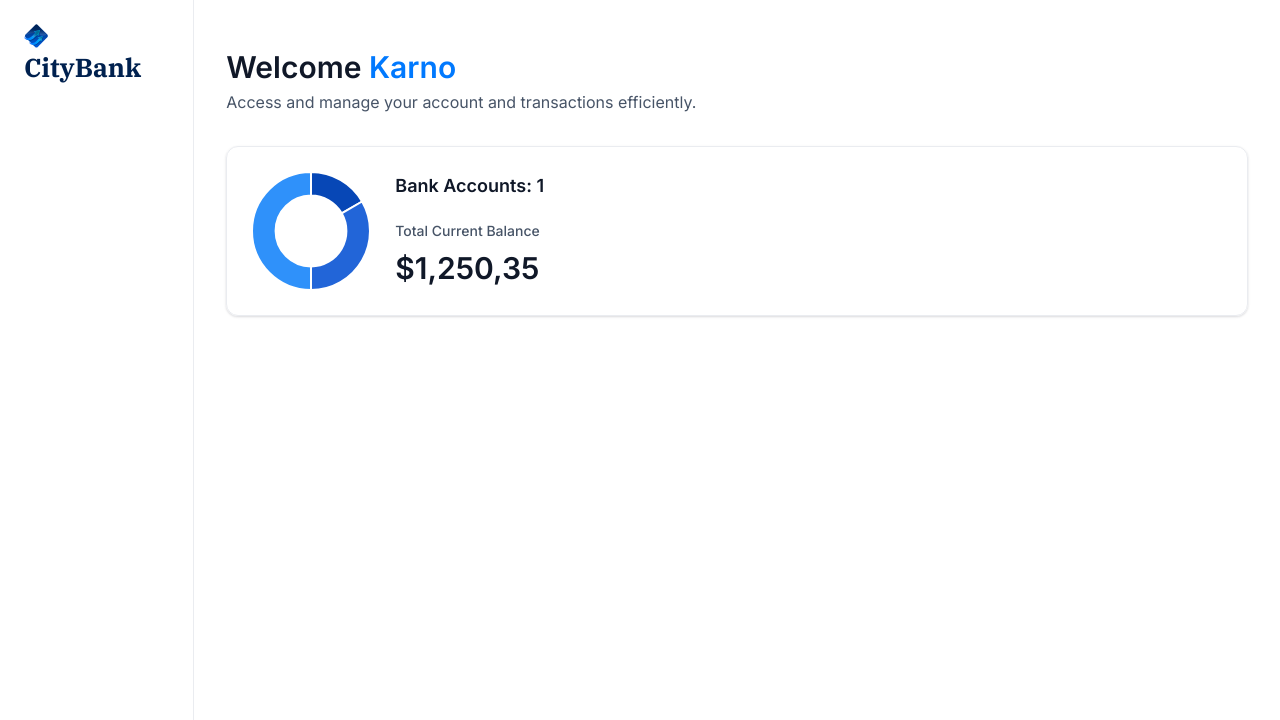
Repository: KarnoSarker/Banking
Page: /
The author's editor kept a copy of each file at every save. The page is drawn from the files as they stood at one save, then again after the next save.
The browser window is 1280 px wide. The pictures show the whole page.
The project was rebuilt for these pictures with package versions that can differ from the ones it lists, and the page was loaded fresh each time. The framework's server and built-in components were replaced by stand-ins that run in the browser. Also part of the build but not shown: next.config.mjs.

Above is the page before, as saved 2024-05-14 20:58:44.

After the next save:
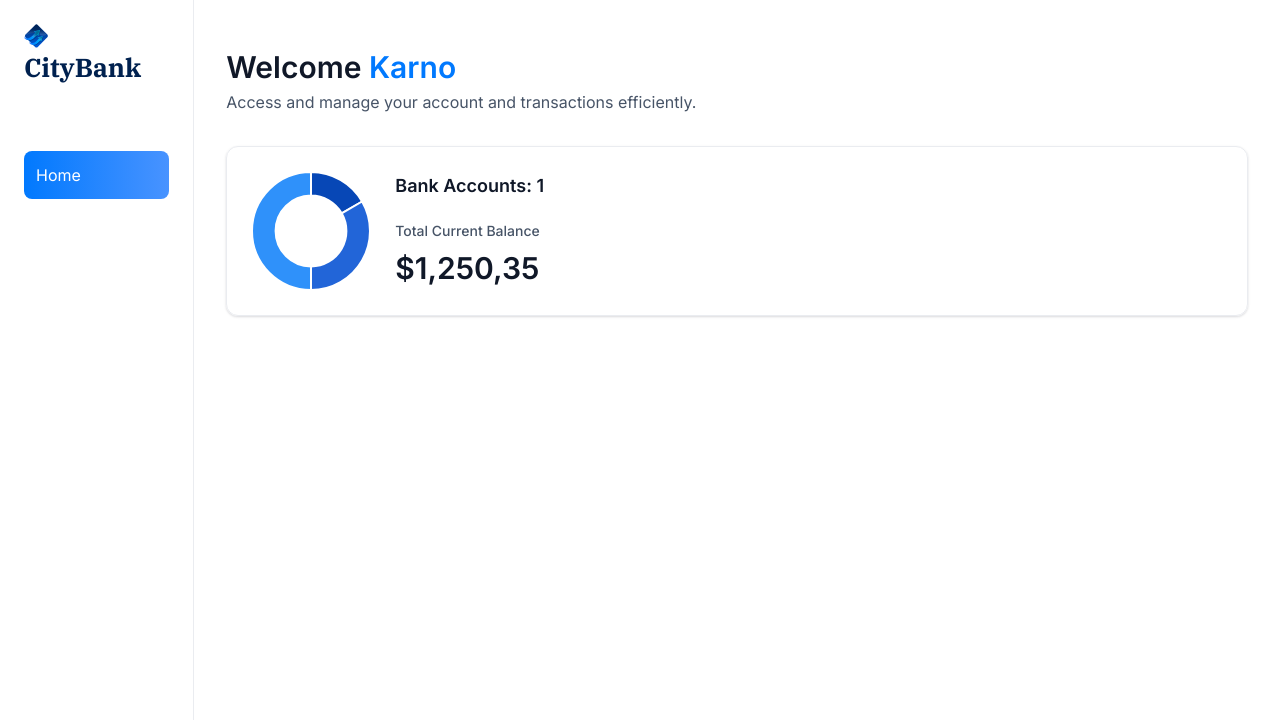
Saved 102 min 29 s later.
--- a/components/Sidebar.tsx
+++ b/components/Sidebar.tsx
@@ -1,9 +1,13 @@
+'use client';
+
 import { sidebarLinks } from '@/constants';
 import { cn } from '@/lib/utils';
 import Image from 'next/image';
 import Link from 'next/link';
+import { usePathname } from 'next/navigation';
 
 const Sidebar = ({ user }: SiderbarProps) => {
+  const pathname = usePathname();
   return (
     <section className='sidebar'>
       <nav className='flex flex-col gap-4'>
@@ -18,11 +22,13 @@ const Sidebar = ({ user }: SiderbarProps) => {
           <h1 className='sidebar-logo'>CityBank</h1>
         </Link>
         {sidebarLinks.map((item) => {
+          const isActive =
+            pathname === item.route || pathname.startsWith(`${item.route}/`);
           return (
             <Link
               href={item.route}
               key={item.label}
-              className={cn('sidebar-link')}
+              className={cn('sidebar-link', { 'bg-bank-gradient': isActive })}
             >
               {item.label}
             </Link>
